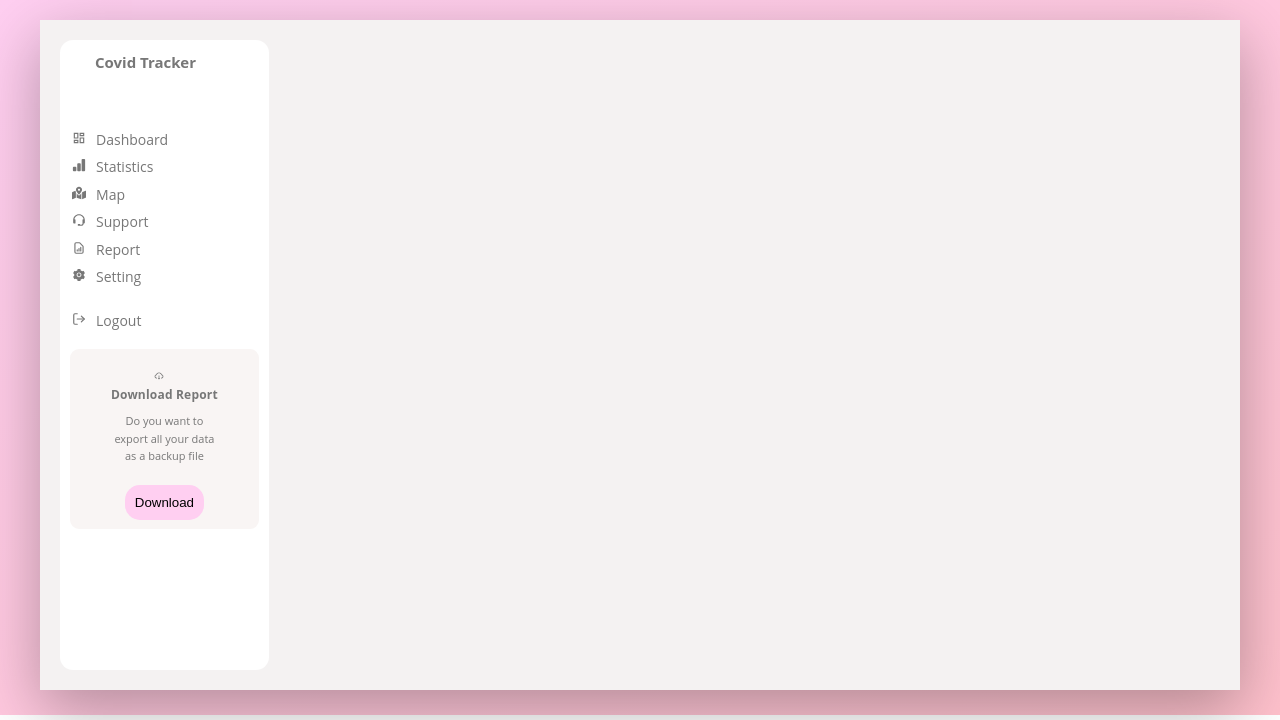
Repository: okidijimmy200/CovidAdminTracker
Page: /
The author's editor kept a copy of each file at every save. The page is drawn from the files as they stood at one save, then again after the next save.
The browser window is 1280 px wide. The pictures show the whole page.
The project was rebuilt for these pictures with package versions that can differ from the ones it lists, and the page was loaded fresh each time.

Above is the page before, as saved 2022-06-16 14:29:27.

After the next save:
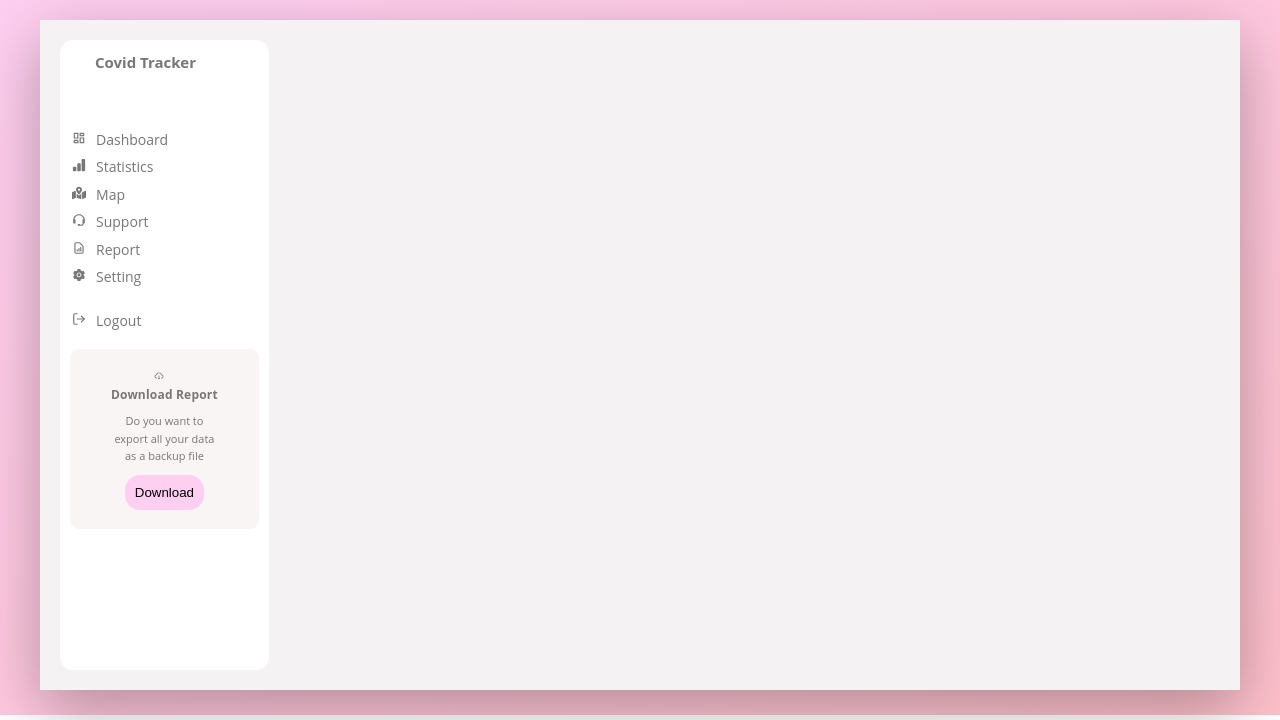
Saved 26 s later.
--- a/src/sidebar/sidebar.scss
+++ b/src/sidebar/sidebar.scss
@@ -102,7 +102,7 @@
 
 .btn {
     cursor: pointer;
-    margin-top: 2rem;
+    margin-top: 1rem;
     border-radius: 1.5rem;
     padding: 1rem;
     border-style: none;
